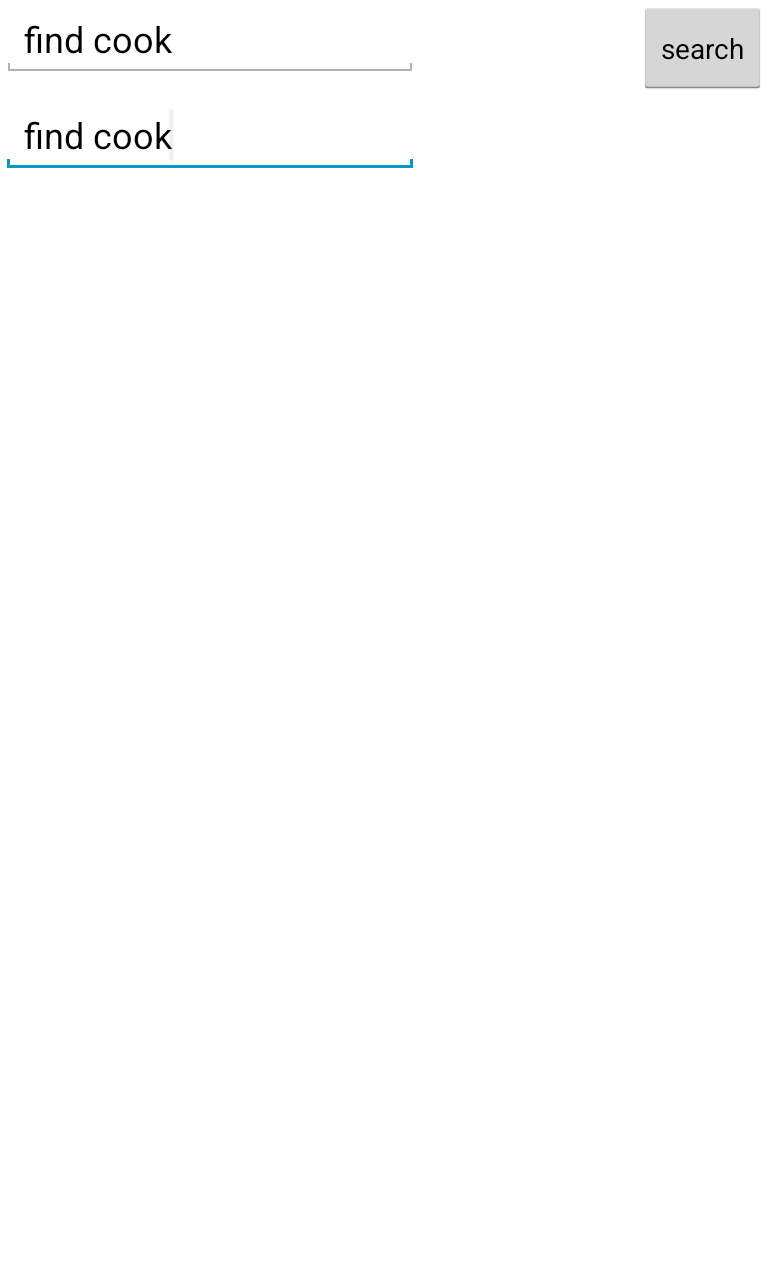
Repository: KnightFreedom/cookcook
Layout: client/CookCook/res/layout/browse_activity.xml
The author's editor kept a copy of each file at every save. The layout is drawn from the files as they stood at one save, then again after the next save.
It is drawn on a 768 x 1280 px phone screen (xhdpi) without system bars, with theme AppTheme; the app's code is not run.

Above is the layout before, as saved 2017-05-11 10:35:10.

### client/CookCook/res/layout/browse_activity.xml
<?xml version="1.0" encoding="utf-8"?>
<LinearLayout xmlns:android="http://schemas.android.com/apk/res/android"
    android:layout_width="match_parent"
    android:layout_height="match_parent"
    android:orientation="vertical" >

    <RelativeLayout
        android:layout_width="match_parent"
        android:layout_height = "wrap_content"
        android:orientation="horizontal" >

        <AutoCompleteTextView
            android:id="@+id/searchTxt"
            android:layout_width="wrap_content"
            android:layout_height="wrap_content"
            android:layout_alignParentLeft = "true"
            android:ems="10"
            android:text="find cook" >
            <requestFocus />
        </AutoCompleteTextView>

        <Button
            android:id="@+id/searchBtn"
            style="?android:attr/buttonStyleSmall"
            android:layout_width="wrap_content"
            android:layout_height="wrap_content"
            android:layout_alignParentRight="true"
            android:text="search"
            />
    </RelativeLayout>

    <ScrollView
        android:id="@+id/scrollView1"
        android:layout_width="match_parent"
        android:layout_height="match_parent" >

        <AutoCompleteTextView
            android:id="@+id/searchTxt"
            android:layout_width="wrap_content"
            android:layout_height="wrap_content"
            android:layout_alignParentLeft = "true"
            android:ems="10"
            android:text="find cook" >
            <requestFocus />
        </AutoCompleteTextView>


    </ScrollView>

</LinearLayout>

Loaded but not shown: client/CookCook/res/values/styles.xml (common file); client/CookCook/res/values-v11/styles.xml (common file); client/CookCook/res/values-v14/styles.xml (common file)

After the next save:
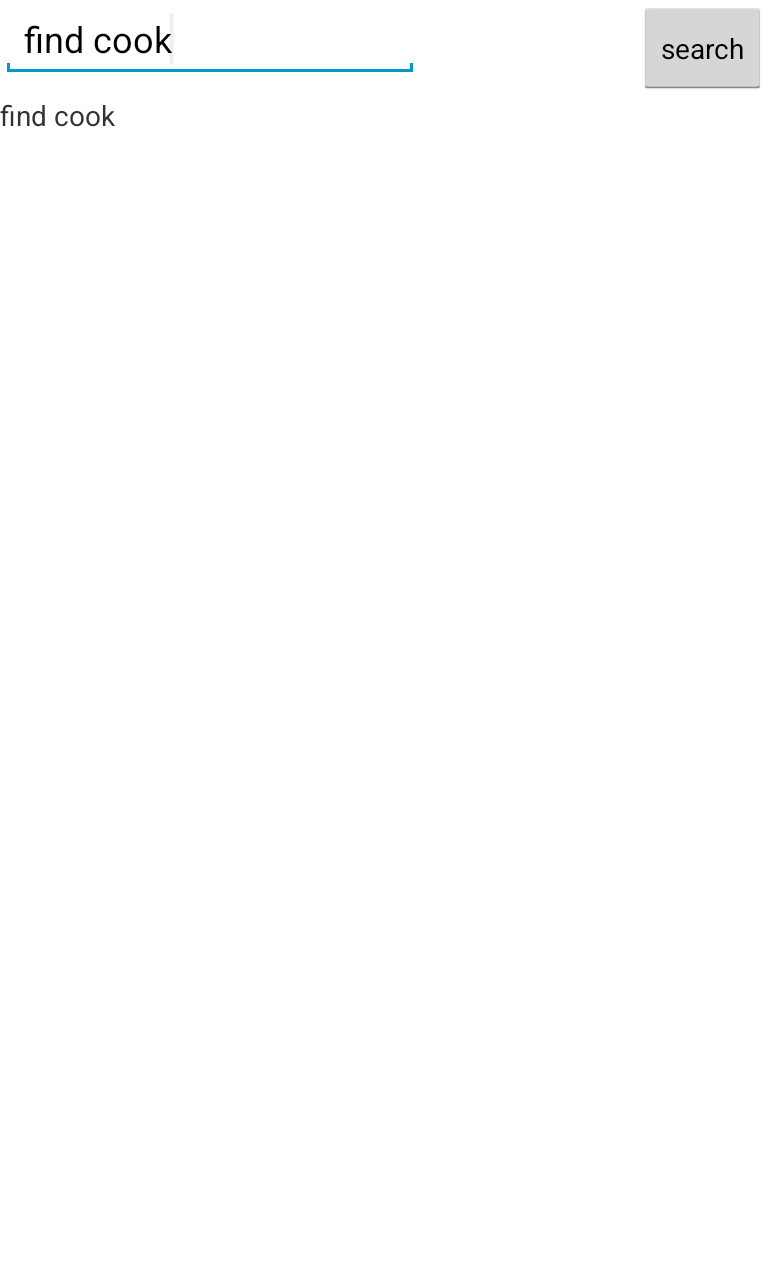
Saved 14 s later.
--- a/client/CookCook/res/layout/browse_activity.xml
+++ b/client/CookCook/res/layout/browse_activity.xml
@@ -34,7 +34,7 @@
         android:layout_width="match_parent"
         android:layout_height="match_parent" >
 
-        <AutoCompleteTextView
+        <TextView
             android:id="@+id/searchTxt"
             android:layout_width="wrap_content"
             android:layout_height="wrap_content"
@@ -42,7 +42,7 @@
             android:ems="10"
             android:text="find cook" >
             <requestFocus />
-        </AutoCompleteTextView>
+        </TextView>
 
 
     </ScrollView>
